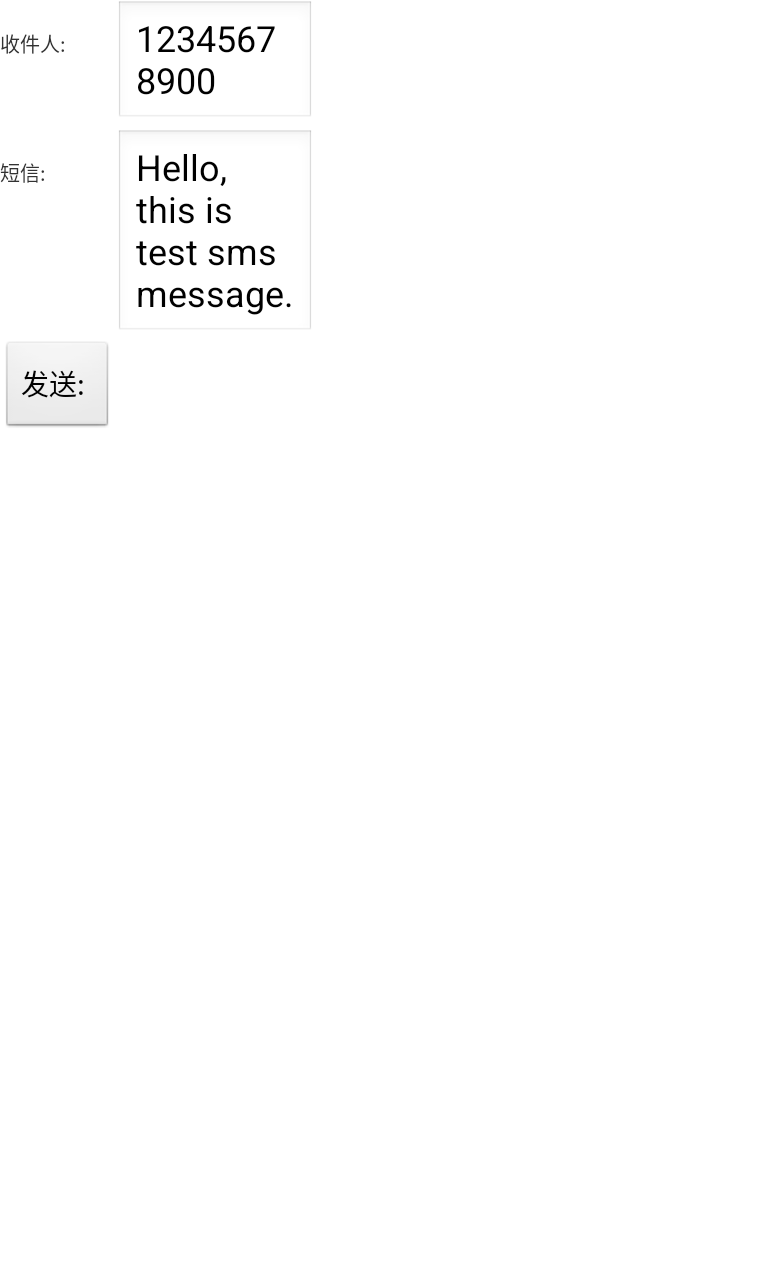
Repository: yorkLiu/android
Layout: IntentDemo/res/layout/sms_main.xml
An editor plug-in stored every save of this project. The layout is shown before and after the next save, followed by the edit.
It is drawn on a 768 x 1280 px phone screen (xhdpi) without system bars, with theme AppTheme; the app's code is not run.

Above is the layout before, as saved 2014-09-20 12:41:47.

### IntentDemo/res/layout/sms_main.xml
<?xml version="1.0" encoding="utf-8"?>
<TableLayout xmlns:android="http://schemas.android.com/apk/res/android"
    android:layout_width="fill_parent"
    android:layout_height="fill_parent" >

    <TableRow>
        <TextView
            android:layout_width="100px"
            android:layout_height="wrap_content"
            android:textSize="20px"
            android:text="收件人: "
            />
        <EditText
            android:id="@+id/receiver"
            android:layout_width="200px"
            android:layout_height="wrap_content"
            android:numeric="integer"
            android:text="12345678900"
            />
    </TableRow>
    <View
        android:layout_width="fill_parent"
        android:layout_height="2px"
        />

    <TableRow>
        <TextView
            android:layout_width="100px"
            android:layout_height="wrap_content"
            android:textSize="20px"
            android:text="短信: "
            />
        <EditText
            android:id="@+id/messageInfo"
            android:layout_width="200px"
            android:layout_height="wrap_content"
            android:layout_gravity="top"
            android:numeric="integer"
            android:text="Hello, this is test sms message."
            />
    </TableRow>
    <TableRow>
        <Button
            android:id="@+id/sendSmsBtn"
            android:layout_width="wrap_content"
            android:layout_height="wrap_content"
            android:text="发送: "
            />

    </TableRow>


</TableLayout>

Loaded but not shown: IntentDemo/res/values/styles.xml (common file)

After the next save:
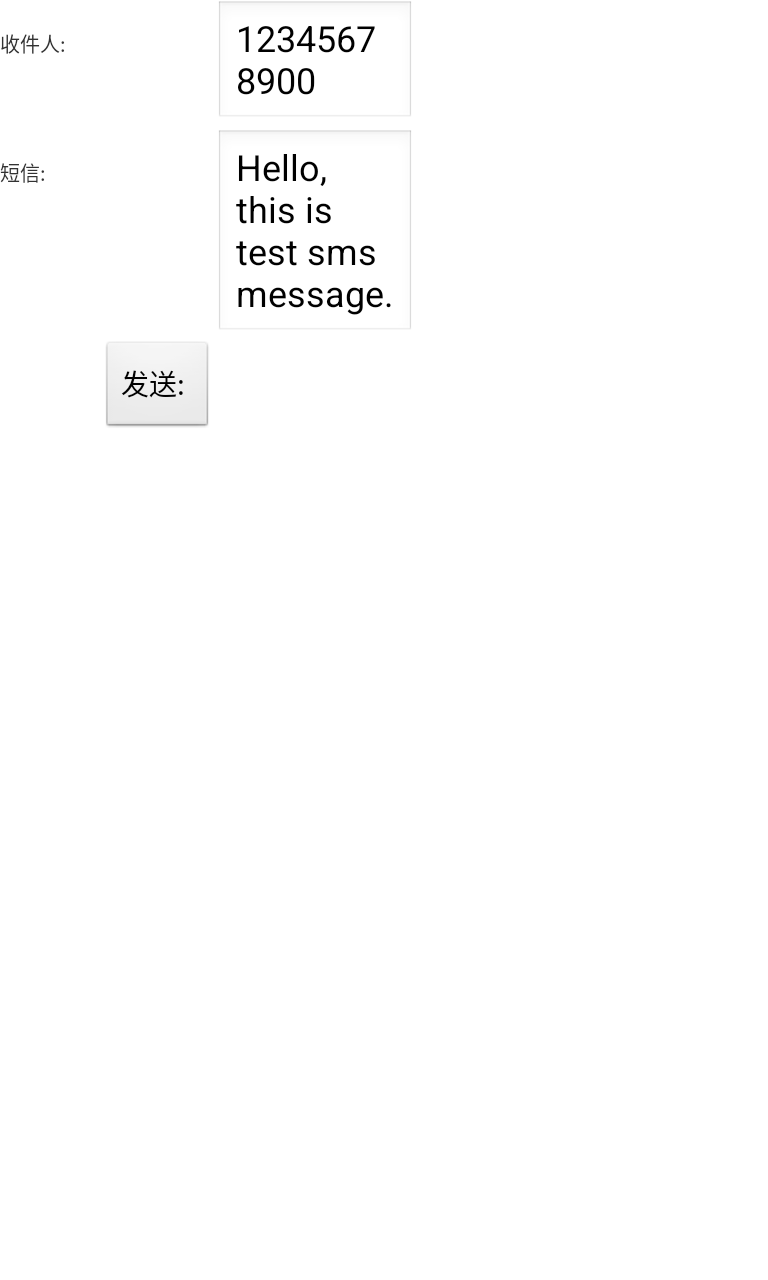
Saved 21 s later.
--- a/IntentDemo/res/layout/sms_main.xml
+++ b/IntentDemo/res/layout/sms_main.xml
@@ -44,6 +44,7 @@
             android:id="@+id/sendSmsBtn"
             android:layout_width="wrap_content"
             android:layout_height="wrap_content"
+            android:layout_marginLeft="100px"
             android:text="发送: "
             />
 
